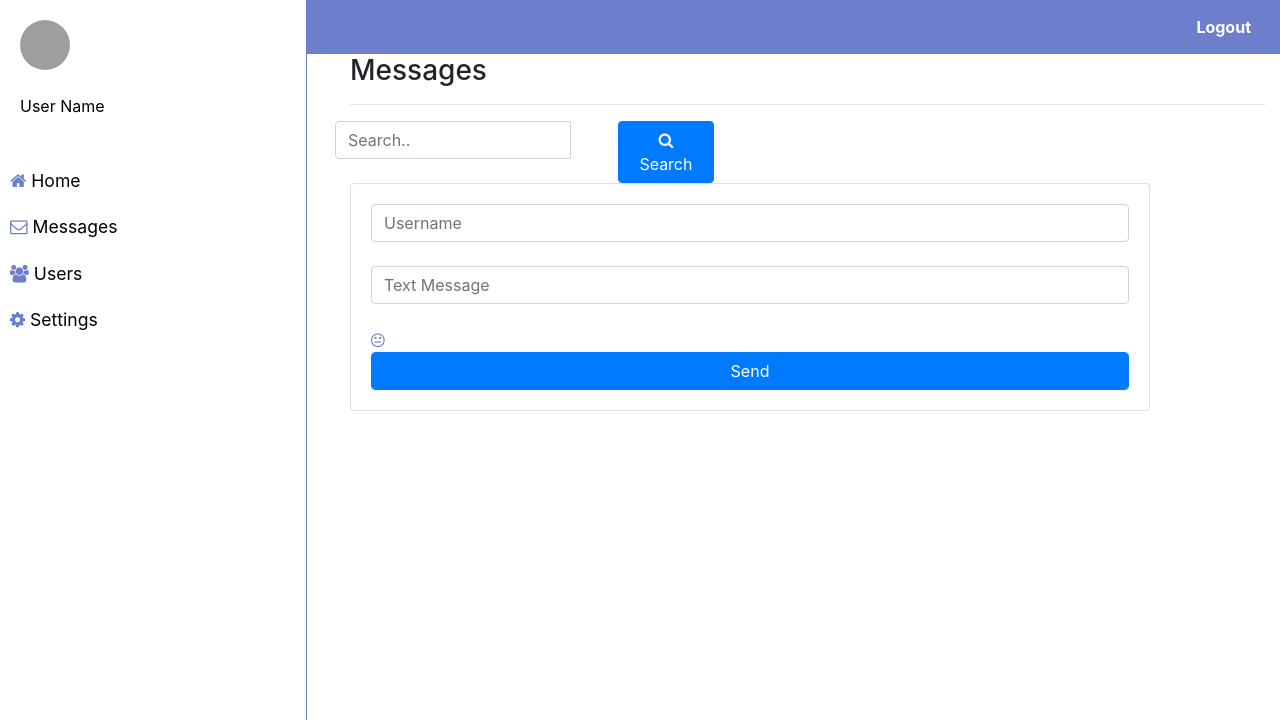
Repository: Evelyn-kate/chatapp-frontend-backend
Page: /messages (app in my-app/)
These files come from the project's save history. The page is drawn as it stood at one moment and after the next save; the edit follows.
The browser window is 1280 px wide. The pictures show the whole page.
Pictures or frames that could not be fetched are drawn as grey boxes. The page's requests for data from a server got no answer. Some web libraries are served in a nearby version. The project was rebuilt for these pictures with package versions that can differ from the ones it lists, and the page was loaded fresh each time. No one was signed in, and anything a server would have sent is missing. Also part of the build but not shown: my-app/src/components/WelcomeComponent.jsx, my-app/src/components/LoginComponent.jsx, my-app/src/components/WelcomedComponent.jsx, my-app/src/components/UserComponent.jsx, my-app/src/components/SettingsComponent.jsx.

Above is the page before, as saved 2020-11-10 13:50:57.

### my-app/public/index.html
<!DOCTYPE html>
<html lang="en">

<head>
    <meta charset="utf-8" />
    <link rel="icon" href="%PUBLIC_URL%/favicon.ico" />
    <link rel="stylesheet" href="https://stackpath.bootstrapcdn.com/bootstrap/4.4.1/css/bootstrap.min.css" integrity="sha384-Vkoo8x4CGsO3+Hhxv8T/Q5PaXtkKtu6ug5TOeNV6gBiFeWPGFN9MuhOf23Q9Ifjh" crossOrigin="anonymous">
    <meta name="viewport" content="width=device-width, initial-scale=1" />
    <meta name="theme-color" content="#000000" />
    <meta name="description" content="Web site created using create-react-app" />
    <link rel="apple-touch-icon" href="%PUBLIC_URL%/logo192.png" />
    <link rel="stylesheet" href="https://cdnjs.cloudflare.com/ajax/libs/font-awesome/4.7.0/css/font-awesome.min.css" />

    <!--
      manifest.json provides metadata used when your web app is installed on a
      user's mobile device or desktop. See https://developers.google.com/web/fundamentals/web-app-manifest/
    -->
    <link rel="manifest" href="%PUBLIC_URL%/manifest.json" />
    <!--
      Notice the use of %PUBLIC_URL% in the tags above.
      It will be replaced with the URL of the `public` folder during the build.
      Only files inside the `public` folder can be referenced from the HTML.

      Unlike "/favicon.ico" or "favicon.ico", "%PUBLIC_URL%/favicon.ico" will
      work correctly both with client-side routing and a non-root public URL.
      Learn how to configure a non-root public URL by running `npm run build`.
    -->
    <title>React App</title>
</head>

<body>
    <noscript>You need to enable JavaScript to run this app.</noscript>

    <script src="https://code.jquery.com/jquery-3.4.1.slim.min.js" integrity="sha384-J6qa4849blE2+poT4WnyKhv5vZF5SrPo0iEjwBvKU7imGFAV0wwj1yYfoRSJoZ+n" crossOrigin="anonymous"></script>
    <script src="https://cdn.jsdelivr.net/npm/popper.js@1.16.0/dist/umd/popper.min.js" integrity="sha384-Q6E9RHvbIyZFJoft+2mJbHaEWldlvI9IOYy5n3zV9zzTtmI3UksdQRVvoxMfooAo" crossOrigin="anonymous"></script>
    <script src="https://stackpath.bootstrapcdn.com/bootstrap/4.4.1/js/bootstrap.min.js" integrity="sha384-wfSDF2E50Y2D1uUdj0O3uMBJnjuUD4Ih7YwaYd1iqfktj0Uod8GCExl3Og8ifwB6" crossOrigin="anonymous"></script>
    <!-- <script src="https://facebook.github.io/react/js/jsfiddle-integration-babel.js"></script> -->
    <script src="https://ajax.googleapis.com/ajax/libs/jquery/1.11.1/jquery.min.js"></script>




    <div id="root"></div>
    <!--
      This HTML file is a template.
      If you open it directly in the browser, you will see an empty page.

      You can add webfonts, meta tags, or analytics to this file.
      The build step will place the bundled scripts into the <body> tag.

      To begin the development, run `npm start` or `yarn start`.
      To create a production bundle, use `npm run build` or `yarn build`.
    -->
</body>

</html>

### my-app/src/index.js
import React from 'react';
import ReactDOM from 'react-dom';
import IndexComponent from './components/IndexComponent.jsx';
import './index.css';
import 'bootstrap/dist/css/bootstrap.min.css';
import './Login.scss';



ReactDOM.render( <
    IndexComponent / > ,
    document.getElementById('root')
);

### my-app/src/components/IndexComponent.jsx
import React from 'react';

import { BrowserRouter, Switch, Route } from 'react-router-dom';

import WelcomeComponent from './WelcomeComponent';

import LoginComponent from './LoginComponent';
import WelcomedComponent from './WelcomedComponent';
import UserComponent from './UserComponent';
import SettingsComponent from './SettingsComponent';
import MessageComponent from './MessageComponent';


class IndexComponent extends React.Component {
    render() {
        return (
            <BrowserRouter>
                <Switch>
                    <Route exact path="/" component={LoginComponent} />
                    <Route path="/welcome/username" component={WelcomeComponent} />
                    <Route exact path="/logout" component={LoginComponent} />
                    <Route exact path="/welcome/admin" component={WelcomedComponent} />
                    <Route exact path="/users" component={UserComponent} />
                    <Route exact path="/settings" component={SettingsComponent} />
                    <Route exact path="/messages" component={MessageComponent} />
                </Switch>
            </BrowserRouter>
        );
    }
}
export default IndexComponent;

### my-app/src/Login.scss
/* styling the login page*/


/* form {
    border: 3px solid #7c84ec;
    position: absolute;
    background: blue;
} */

.form-login {
    background-color: #318CE7;
    border: 3px solid #7c84ec;
    position: absolute;
}

.box-login {
    padding-top: 50px;
}

button {
    background-color: #dbf113;
    color: white;
    padding: 14px 20px;
    margin: 8px 0;
    border: none;
    cursor: pointer;
    width: 75%;
    float: right;
}

button:hover {
    opacity: 0.8;
}

button.logout {
    width: initial;
    color: #fff
}

// css avatar
.avatar {
    vertical-align: middle;
    width: 50px;
    height: 50px;
    border-radius: 50%;
}

span.psw {
    float: left;
    //padding-top: 16px;
}

.btn btn-outline-success my-2 my-sm-0 {
    width: 40%;
    padding-block: 80px;
}

// Welcome style
.main-text {
    display: flex;
    min-height: 80vh;
    align-items: center;
    justify-content: center;
}


/*my style sidebar start*/

.wrapper {
    display: flex;
    width: 100%;
    align-items: stretch;
    overflow-x: hidden;
    overflow-y: auto;
}

a[data-toggle="collapse"] {
    position: relative;
}

.dropdown-toggle::after {
    display: block;
    position: absolute;
    top: 50%;
    right: 20px;
    transform: translateY(-50%);
}

@media (max-width: 700px) {
    #sidebar {
        margin-left: -250px;
    }
    #sidebar.active {
        margin-left: 0;
    }
}


/*
    ADDITIONAL DEMO STYLE, NOT IMPORTANT TO MAKE THINGS WORK BUT TO MAKE IT A BIT NICER :)
*/

///@import "https://fonts.googleapis.com/css?family=Poppins:300,400,500,600,700";
body {
    font-family: 'Poppins', sans-serif;
    background: #fafafa;
    overflow: scroll;
}

p {
    font-family: 'Poppins', sans-serif;
    font-size: 1.1em;
    font-weight: 300;
    line-height: 1.7em;
    color: #000;
}

a,
a:hover,
a:focus {
    color: inherit;
    text-decoration: none;
    transition: all 0.3s;
}

#sidebar {
    /* don't forget to add all the previously mentioned styles here too */
    background: #fff;
    color: #000;
    transition: all 0.3s;
    height: 100%;
    width: 24%;
    position: fixed;
    //min-height: 1000px;
    z-index: 999;
    overflow: auto;
    top: 0;
    bottom: 0px;
    left: 0;
    border-right: 1px solid #6d7fcc;
}

#sidebar .sidebar-header {
    padding: 20px;
    background: #fff;
}

#sidebar ul.components {
    padding: 20px 0;
    //  border-bottom: 1px solid #47748b;
}

#sidebar ul p {
    color: #fff;
    padding: 10px;
}

#sidebar ul li a {
    padding: 10px;
    font-size: 1.1em;
    display: block;
    text-decoration: none;
    color: #000;
}

#sidebar ul li a:hover {
    color: #000;
    background: #cecece;
}

#sidebar ul li.active>a,
a[aria-expanded="true"] {
    color: #000;
    background: #cecece;
}

ul ul a {
    font-size: 0.9em !important;
    padding-left: 30px !important;
    background: #fff;
}


/*my style sidebar end*/

.navbarr {
    background-color: #6d7fcc;
    padding-left: 0%;
}

.navbardiv {
    margin-left: -30px;
}

.fa {
    color: #6d7fcc;
}


/* Add media queries for small screens (when the height of the screen is less than 450px, add a smaller padding and font-size) */


/* @media screen and (max-height: 450px) {
    .sidebar {
        padding-top: 15px;
    }
    .sidebar a {
        font-size: 18px;
    }
}
 */


/*message start style*/

.container1 {
    border: 2px solid #dedede;
    background-color: #fff;
    border-radius: 5px;
    padding: 10px;
    margin: 10px 10px 10px 10px;
}


/* Darker chat container */

.darker {
    border-color: #ccc;
    background-color: #ddd;
}


/* Clear floats */

.container1::after {
    content: "";
    clear: both;
    display: table;
}


/* Style time text */

.time-right {
    float: right;
    color: #aaa;
}


/* Style time text */

.time-left {
    float: left;
    color: #999;
}

.publisher {
    position: relative;
    display: -webkit-box;
    display: flex;
    -webkit-box-align: center;
    align-items: center;
    padding: 12px 20px;
    background-color: #f9fafb
}

.publisher>*:first-child {
    margin-left: 0
}

.publisher>* {
    margin: 0 8px
}

.publisher-input {
    -webkit-box-flex: 1;
    flex-grow: 1;
    border: none;
    outline: none !important;
    background-color: transparent
}

.publisher-btn {
    background-color: transparent;
    border: none;
    color: #8b95a5;
    font-size: 16px;
    cursor: pointer;
    overflow: -moz-hidden-unscrollable;
    -webkit-transition: .2s linear;
    transition: .2s linear
}

.file-group input[type="file"] {
    position: absolute;
    opacity: 0;
    z-index: -1;
    width: 20px
}

.text-info {
    color: #48b0f7;
}


/* Style message avatar */

.container1 img {
    float: left;
    max-width: 60px;
    width: 100%;
    margin-right: 20px;
    border-radius: 50%;
}


/* Style the right image */

.container1 img.right {
    float: right;
    margin-left: 20px;
    margin-right: 0;
}


/*message styles end*/

@import "~bootstrap/scss/bootstrap";

### my-app/src/components/MessageComponent.jsx
import React from 'react';
import io from 'socket.io-client';
import NavComponent from './NavComponent';
import SideComponent from './SideComponent';



class MessageComponent extends React.Component {
    // logout() {
    //     this.props.history.push('/logout');
    // }
    constructor(props) {
        super(props);

        this.state = {
            username: '',
            message: '',
            messages: []
        };
        this.socket = io('localhost:8080');

        this.socket.on('RECEIVE_MESSAGE', function (data) {
            addMessage(data);
        });

        const addMessage = data => {
            console.log(data);
            this.setState({ messages: [...this.state.messages, data] });
            console.log(this.state.messages);
        };


        this.sendMessage = ev => {
            ev.preventDefault();
            this.socket.emit('SEND_MESSAGE', {
                author: this.state.username,
                message: this.state.message
            })
            this.setState({ message: '' });
        }
    }

    render() {
        return (
            <div>

                <div className="container-fluid">
                    <div className="row">
                        {/* <!-- The sidebar --> */}
                        <div className="col-3">
                            <div>
                                <SideComponent />
                            </div>
                        </div>
                        <div className="col-9 pr-0">

                            {/*navbar component*/}

                            <NavComponent history={this.props.history} />

                            <div className="container">
                                <div className="panel panel-info">
                                    <div className="panel-heading">
                                        <h3> Messages</h3>
                                        <hr />
                                    </div>

                                    <div className="panel-body">

                                        <div className="row">
                                            <div className="input-group">
                                                <input type="text" placeholder="Search.." className="form-control col-3" />
                                                <div className="input-group-btn col-2">
                                                    <button type="submit" className="btn btn-primary" type="button" onClick={(e) => { e.preventDefault(); window.location.href = 'http://google.com'; }}>
                                                        <i className="fa fa-search" style={{ color: "whitesmoke" }}></i> Search</button>
                                                </div>
                                            </div>
                                        </div>
                                        {/*

                                            <div className="container1">
                                                <img src="../User.jpg" alt="Avatar"/>
                                                    <p>Hello. How are you today?</p>
                                                    <span className="time-right">11:00</span>
                                            </div>

                                            <div className="container1 darker">
                                                <img src="/w3images/avatar_g2.jpg" alt="Avatar" class="right"/>
                                                    <p>Hey! I'm fine. Thanks for asking!</p>
                                                    <span className="time-left">11:01</span>
                                            </div>

                                            <div className="container1">
                                                <img src="/w3images/bandmember.jpg" alt="Avatar"/>
                                                    <p>Sweet! So, what do you wanna do today?</p>
                                                    <span className="time-right">11:02</span>
                                            </div>

                                            <div className="container1 darker">
                                                <img src="/w3images/avatar_g2.jpg" alt="Avatar" class="right"/>
                                                    <p>Nah, I dunno. Play soccer.. or learn more coding perhaps?</p>
                                                    <span className="time-left">11:05</span>
                                            </div> */}





                                        {/* <div>
                                                <form action="." onSubmit={e => {
                                                    e.preventDefault()
                                                    this.props.onSubmitMessage(this.state.message)
                                                    this.setState({ message: '' })
                                                }}
                                                >
                                                    <input type="text" placeholder={'Enter message...'} value={this.state.message}
                                                        onChange={e => this.setState({ message: e.target.value })}
                                                    />
                                                    <input type="submit" value={'Send'} />
                                                    <div className="publisher-btn" data-abc="true"><i className="fa fa-paper-plane"></i> <div className="publisher-btn text-info" data-abc="true"></div> </div>

                                                </form>
                                            </div> */}
                                        {/* making the send message properties to function*/}
                                        <div className="messages">
                                            {this.state.messages.map(message => {
                                                return (
                                                    <div>{message.author}: {message.message}</div>
                                                )
                                            })}
                                        </div>

                                        <div className="card" style={{ width: "50rem", }} >
                                            <div className="card-body">
                                                <input type="text" placeholder="Username" value={this.state.username} onChange={ev => this.setState({ username: ev.target.value })} className="form-control" />
                                                <br />
                                                <input type="text" placeholder="Text Message" className="form-control" value={this.state.message} onChange={ev => this.setState({ message: ev.target.value })} />
                                                <br />
                                                <div className="publisher-btn" data-abc="true"><i className="fa fa-meh-o"></i> <div className="publisher-btn text-info" data-abc="true"></div> </div>
                                                <button onClick={this.sendMessage} className="btn btn-primary form-control">Send</button>
                                            </div>
                                        </div>
                                    </div>
                                </div>
                            </div>
                        </div>
                    </div>
                </div>
            </div>
        );
    }
}
export default MessageComponent;

### my-app/src/components/NavComponent.jsx
import React from 'react';

class NavComponent extends React.Component{
    logout = () => {
        this.props.history.push('/logout');
    }
    render () {
        return (
            <div className="navbardiv">
                <nav className="navbar navbarr justify-content-end navbar-expand-lg">
                    <button className="btn btn-default logout" type="submit" onClick={this.logout}> <b>Logout</b></button>
                </nav>
            </div>
        );

    }
}
export default NavComponent;

### my-app/src/components/SideComponent.jsx
import React from 'react';

class SideComponent extends React.Component{
    render () {
        return (
/*             <div class="sidebar">
            <img src="/images/User_Avatar_2.png" alt="Avatar" className="avatar"/>
            <h1>Username</h1>
            <h4>User@worldvoice.eu</h4>
            <a href="#home"><i className="fa fa-fw fa-envelope"></i>Messages</a>
            <a href="#clients"><i className="fa fa-fw fa-user"></i> Users</a>
            <a href="#contact"><i className="fa fa-fw fa-cog"></i>Settings</a>
         </div>*/


    <nav id="sidebar">
        <div class="sidebar-header">
            <div>
                <img src="images/User.jpg" alt="Avatar" className="avatar"/>
            </div>
            <br/>
            <span>User Name</span>

        </div>

        <ul class="list-unstyled components">
            <li>

                <a href=" http://localhost:3000/welcome/username">
                    <i class="fa fa-home" aria-hidden="true"></i>     Home
                </a>
            </li>

            <li>

                <a href=" http://localhost:3000/messages">
                    <i class="fa fa-envelope-o" aria-hidden="true"></i>     Messages
                </a>
            </li>

            <li>
                <a href=" http://localhost:3000/users"><i class="fa fa-users" aria-hidden="true"></i>     Users</a>
            </li>
            <li>
                <a href=" http://localhost:3000/settings"><i class="fa fa-cog" aria-hidden="true"></i>     Settings</a>
            </li>
        </ul>
    </nav>




        );


    }

}
export default SideComponent;

Loaded but not shown: my-app/src/index.css (common file)

After the next save:
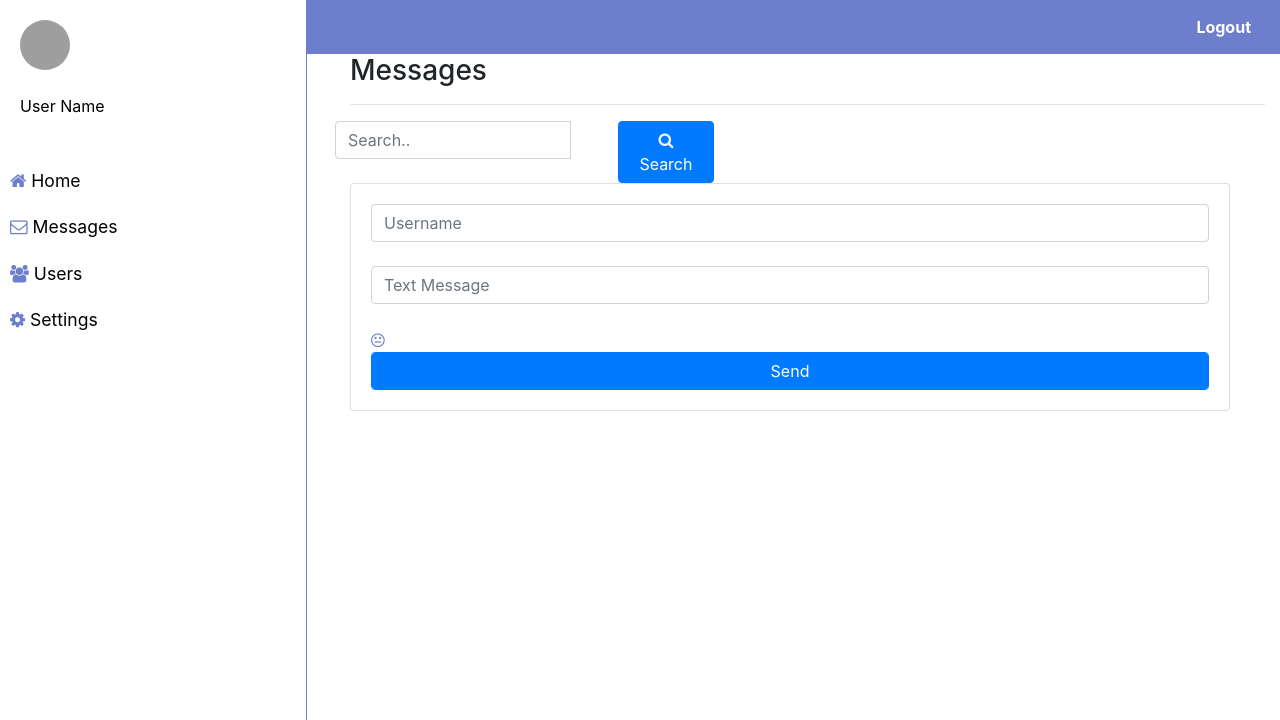
Saved 14 s later.
--- a/my-app/src/components/MessageComponent.jsx
+++ b/my-app/src/components/MessageComponent.jsx
@@ -130,7 +130,7 @@ class MessageComponent extends React.Component {
                                             })}
                                         </div>
 
-                                        <div className="card" style={{ width: "50rem", }} >
+                                        <div className="card" style={{ width: "55rem", }} >
                                             <div className="card-body">
                                                 <input type="text" placeholder="Username" value={this.state.username} onChange={ev => this.setState({ username: ev.target.value })} className="form-control" />
                                                 <br />
